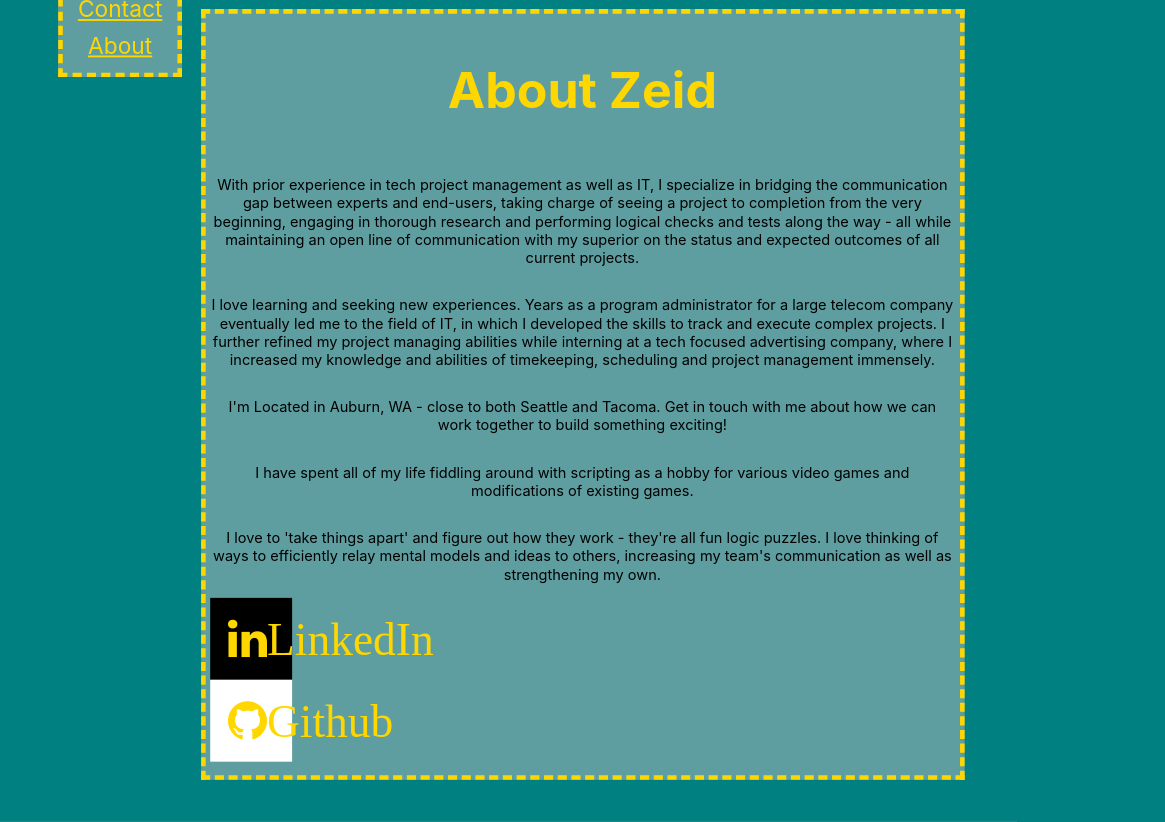
Repository: zeidalidiez/portfolioreact
Page: /
An editor plug-in stored every save of this project. The page is shown before and after the next save, followed by the edit.
The browser window is 1280 px wide. The pictures show the whole page, at 91% of full size.
The project was rebuilt for these pictures with package versions that can differ from the ones it lists, and the page was loaded fresh each time. Also part of the build but not shown: src/components/Thumbnail.js, src/components/Projects.js, src/components/Contact.js.

Above is the page before, as saved 2021-02-08 19:01:17.

### public/index.html
<!DOCTYPE html>
<html lang="en">
  <head>
    <meta charset="utf-8" />
    <link href="data:[embedded picture, 289 characters]" rel="icon" type="image/x-icon" />    <meta name="viewport" content="width=device-width, initial-scale=1" />
    <link rel="stylesheet" href="https://cdnjs.cloudflare.com/ajax/libs/font-awesome/4.7.0/css/font-awesome.min.css">
    <meta name="theme-color" content="#000000" />
    <meta
      name="description"
      content="Web site created using create-react-app"
    />    <!--
      manifest.json provides metadata used when your web app is installed on a
      user's mobile device or desktop. See https://developers.google.com/web/fundamentals/web-app-manifest/
    -->
    <link rel="manifest" href="%PUBLIC_URL%/manifest.json" />
    <!--
      Notice the use of %PUBLIC_URL% in the tags above.
      It will be replaced with the URL of the `public` folder during the build.
      Only files inside the `public` folder can be referenced from the HTML.

      Unlike "/favicon.ico" or "favicon.ico", "%PUBLIC_URL%/favicon.ico" will
      work correctly both with client-side routing and a non-root public URL.
      Learn how to configure a non-root public URL by running `npm run build`.
    -->
    <title>Zeid Diez - Portfolio</title>
  </head>
  <body>
    <noscript>You need to enable JavaScript to run this app.</noscript>
    <div id="root"></div>
    <!--
      This HTML file is a template.
      If you open it directly in the browser, you will see an empty page.

      You can add webfonts, meta tags, or analytics to this file.
      The build step will place the bundled scripts into the <body> tag.

      To begin the development, run `npm start` or `yarn start`.
      To create a production bundle, use `npm run build` or `yarn build`.
    -->
  </body>
</html>

### src/index.js
import React from 'react';
import ReactDOM from 'react-dom';
import './index.css';
import App from './components/App';
import reportWebVitals from './reportWebVitals';

ReactDOM.render(
  <React.StrictMode>
  <App />
  </React.StrictMode>,
  document.getElementById('root')
);

// If you want to start measuring performance in your app, pass a function
// to log results (for example: reportWebVitals(console.log))
// or send to an analytics endpoint. Learn more: https://bit.ly/CRA-vitals
reportWebVitals();

### src/components/App.js
// App.jsx

import React from 'react';
// Import the BrowserRouter, Route and Link components
import {Route, BrowserRouter as Router, Link} from "react-router-dom";
import Projects from './Projects.js';
import Contact from './Contact.js';
import About from './About.js';
import './App.css';

function App() {
  return (
    <header>
    <Router>
      <div className="App">
        <Route exact path="/Projects" component={Projects} />
        <Route exact path="/Contact" component={Contact} />
        <Route exact path="/About" component={About} />
        <Route exact path="/" component={About} />
  <nav>
        <div className="navigation">
          <div className="navigation-sub">
            <Link to="/Projects" className="item">Projects</Link>
            <Link to="/Contact" className="item">Contact</Link>
            <Link to="/About" className="item">About</Link>

          </div>
        </div>
        </nav>
      </div>
    </Router>
    <menu>

</menu>
    </header>


  );
}

export default App;

### src/components/About.js
import React from "react"

function About(props) {
  return (
    <div className="aboutDiv">
      <h2>About Zeid</h2>
      <p>With prior experience in tech project management as well as IT, I specialize in bridging the communication gap between experts and end-users, taking charge of seeing a project to completion from the very beginning, engaging in thorough research and performing logical checks and tests along the way - all while maintaining an open line of communication with my superior on the status and expected outcomes of all current projects. </p>
      <p>I love learning and seeking new experiences. Years as a program administrator for a large telecom company eventually led me to the field of IT, in which I developed the skills to track and execute complex projects. I further refined my project managing abilities while interning at a tech focused advertising company, where I increased my knowledge and abilities of timekeeping, scheduling and project management immensely.</p>
      <p>I'm Located in Auburn, WA - close to both Seattle and Tacoma. Get in touch with me about how we can work together to build something exciting! </p>
      <p>I have spent all of my life fiddling around with scripting as a hobby for various video games and modifications of existing games.</p>
      <p>I love to 'take things apart' and figure out how they work - they're all fun logic puzzles. I love thinking of ways to efficiently relay mental models and ideas to others, increasing my team's communication as well as strengthening my own.</p>

      <a href="https://www.linkedin.com/in/zeid-diez/" class="fa fa-linkedin">LinkedIn</a>
      <a href="https://github.com/zeidalidiez" class="fa fa-github">Github</a>
    </div>
  )
}

export default About;

### src/components/App.css

body {
  background-color: teal;
  display: grid;
}
div {
display: grid;
padding: 5px;
position: relative;
text-align: center;
padding-bottom: 15px;

}
 .projectDiv {
  background-color: cadetblue;
  width: 65%;
  justify-self: center;
  align-self: center;
  align-items: center;
  border: 5px dashed gold;
 }
h2 {
  color: Gold;
  font-size: 55px;
}

/* div.project {
  text-align: center;
  font-family: Georgia, "Times New Roman", Times, serif;
  font-style: italic;
  padding-bottom: 15px;
  border: 5px dashed gold;
  width: 80%;
  justify-self: center;
} */

div.project-title {
  position: relative;
  text-align: center;
  font-family: Georgia, "Times New Roman", Times, serif;
  font-style: italic;
  padding-bottom: 15px;

}

.navigation {
text-align: center;
align-self: center;
top: 0;
position: fixed;
  }

.navigation-sub {
padding: 10px;
text-align: center;
align-self: center;
bottom: auto;
left: 5%;
position: fixed;
border: 5px dashed gold;
background-color: cadetblue;
font-size: 25px;
}

a {
  display: grid;
padding: 5px;
text-align: center;
align-self: center;
}

img {
  display: block;
  margin-left: auto;
  margin-right: auto;
  width: 50%;
}


/* unvisited link */
a:link {
  color: gold;
}

/* visited link */
a:visited {
  color: rgb(255, 208, 0);
}

/* mouse over link */
a:hover {
  color: rgb(255, 174, 0);
}

/* selected link */
a:active {
  color: rgb(255, 0, 0);
}

.aboutDiv {
  background-color: cadetblue;
  width: 65%;
  justify-self: center;
  border: 5px dashed gold;

}

form {
  background-color: cadetblue;
  width: 65%;
  justify-self: center;
  padding-bottom: 60px;
  display: grid;
  border: 5px dashed gold;
}

.emailInput {
  width: 100%;
  padding: 12px 20px;
  margin: 8px 0;
  box-sizing: border-box;
}

.messageInput {
  width: 100%;
  box-sizing: border-box;
  height: 150px;
  border-radius: 4px;
  resize: none;
}

/* Style all font awesome icons */
.fa {
  padding: 20px;
  margin-right: 350px;
  font-size: 50px;
  width: 50px;
  text-align: center;
  text-decoration: none;
  justify-self: auto;
}

/* Add a hover effect if you want */
.fa:hover {
  opacity: 0.7;
}

/* Set a specific color for each brand */

/* linkedin */
.fa-linkedin {
  background: #000000;
  color: white;
}

/* github */
.fa-github {
  background: #ffffff;
  color: rgb(0, 0, 0);
}

@media screen and (max-width: 800px) {
  .navigation {
    text-align: center;
    align-self: center;
    top: 0;
    position: fixed;
      }

    .navigation-sub {
    padding: 10px;
    text-align: center;
    align-self: center;
    bottom: auto;
    left: 5%;
    position: fixed;
    border: 5px dashed gold;
    background-color: cadetblue;
    font-size: 10px;
    }
}

Loaded but not shown: src/index.css (common file); src/reportWebVitals.js (common file)

After the next save:
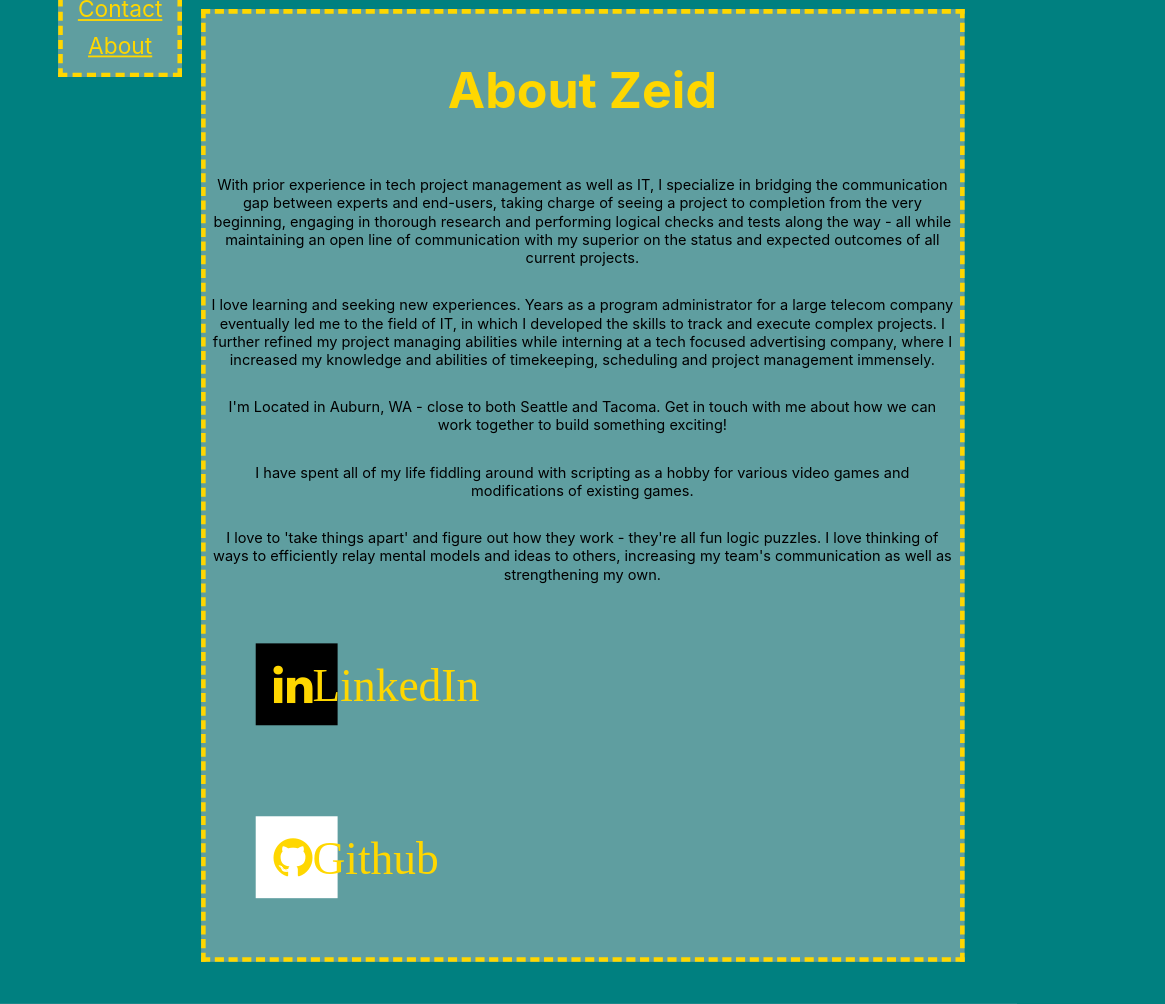
Saved 7 s later.
--- a/src/components/App.css
+++ b/src/components/App.css
@@ -132,7 +132,7 @@ form {
 /* Style all font awesome icons */
 .fa {
   padding: 20px;
-  margin-right: 350px;
+  margin: 50px;
   font-size: 50px;
   width: 50px;
   text-align: center;
